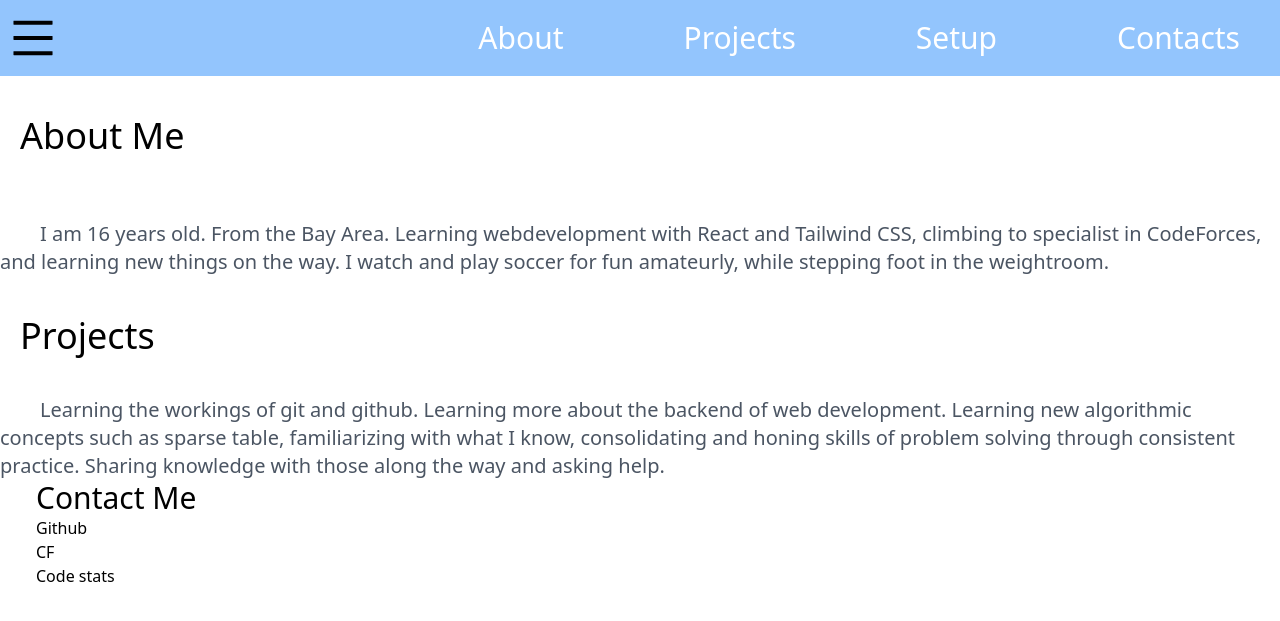
Repository: joshuayanggithub/joshua-yang-website
Page: /
The author's editor kept a copy of each file at every save. The page is drawn from the files as they stood at one save, then again after the next save.
The browser window is 1280 px wide. The pictures show the whole page.
The project was rebuilt for these pictures with package versions that can differ from the ones it lists, and the page was loaded fresh each time.

Above is the page before, as saved 2023-01-07 17:25:01.

### public/index.html
<!DOCTYPE html>
<html lang="en">
  <head>
    <meta charset="utf-8" />
    <link rel="icon" href="%PUBLIC_URL%/favicon.ico" />
    <meta name="viewport" content="width=device-width, initial-scale=1" />
    <meta name="theme-color" content="#000000" />
    <meta
      name="description"
      content="Web site created using create-react-app"
    />
    <link rel="apple-touch-icon" href="%PUBLIC_URL%/logo192.png" />
    <!--
      manifest.json provides metadata used when your web app is installed on a
      user's mobile device or desktop. See https://developers.google.com/web/fundamentals/web-app-manifest/
    -->
    <link rel="manifest" href="%PUBLIC_URL%/manifest.json" />
    <!--
      Notice the use of %PUBLIC_URL% in the tags above.
      It will be replaced with the URL of the `public` folder during the build.
      Only files inside the `public` folder can be referenced from the HTML.

      Unlike "/favicon.ico" or "favicon.ico", "%PUBLIC_URL%/favicon.ico" will
      work correctly both with client-side routing and a non-root public URL.
      Learn how to configure a non-root public URL by running `npm run build`.
    -->
    <title>Joshua Yang</title>
  </head>
  <body>
    <noscript>You need to enable JavaScript to run this app.</noscript>
    <div id="root"></div>
    <!--
      This HTML file is a template.
      If you open it directly in the browser, you will see an empty page.

      You can add webfonts, meta tags, or analytics to this file.
      The build step will place the bundled scripts into the <body> tag.

      To begin the development, run `npm start` or `yarn start`.
      To create a production bundle, use `npm run build` or `yarn build`.
    -->
  </body>
</html>

### src/index.css
@import url('https://fonts.googleapis.com/css2?family=Lato:ital,wght@0,100;0,300;0,400;0,700;0,900;1,100;1,400;1,700;1,900&display=swap');

@import url('https://fonts.googleapis.com/css2?family=Prata&display=swap');

@tailwind base;
@tailwind components;
@tailwind utilities;

### src/App.js
import NavBar from "./components/NavBar";
import About from "./components/About";
import Contacts from "./components/Contacts";
import Setup from "./components/Setup";
import Projects from "./components/Projects";

function App() {
  return (
    <>
      <NavBar />
      <About />
      <Projects />
      <Setup />
      <Contacts />
    </>
  );
}

export default App;

### src/components/NavBar.jsx
import React from "react";
import {AiOutlineMenu} from 'react-icons/ai'

const NavBar = () => {
  const links = [
    {'id': 1, 'name': 'About'},
    {'id': 2, 'name': 'Projects'},
    {'id': 3, 'name': 'Setup'},
    {'id': 4, 'name': 'Contacts'}
  ]

  return (
    <div class="flex bg-blue-300 w-full p-2 justify-between items-center">
      <div>
        <AiOutlineMenu size={50}></AiOutlineMenu>
      </div>

      <ul class="md:flex gap-20 p-3">
        {
          links.map((link) =>
            <li key={link.id}>
              <a href='#About' class="text-3xl text-white px-5 hover:bg-blue-500 duration-300">{link.name}</a>
            </li>
          )
        }
      </ul>

    </div>
  );
};

export default NavBar;

### src/components/About.jsx
import React from 'react'

const About = () => {
  return (
    <div class="flex flex-col">
      <h1 class="text-black text-4xl float-left px-5 my-10">About Me</h1>
      <br></br>
      <p class="indent-10 text-gray-600 text-xl">I am 16 years old. From the Bay Area. Learning webdevelopment with React and Tailwind CSS, climbing to specialist in CodeForces, and learning new things on the way. I watch and play soccer for fun amateurly, while stepping foot in the weightroom. </p>
    </div>
  );
}

export default About

### src/components/Contacts.jsx
import React from 'react'

const Contacts = () => {
  return (
    <div class="flex flex-col mx-5 px-4">
      <h1 class="text-3xl">Contact Me</h1>
      <a href="https://github.com/joshuayanggithub">Github</a>
      <a href="https://codeforces.com/profile/JoshuaYang">CF</a>
      <a href="https://wakatime.com/@joshuayang">Code stats</a>
    </div>
  );
}

export default Contacts

### src/components/Setup.jsx
import React from 'react'

const Setup = () => {
  return (
    <div>

    </div>
  );
}

export default Setup

### src/components/Projects.jsx
import React from 'react'

const Projects = () => {
  return (
    <div class="flex flex-col">
      <h1 class="text-black text-4xl float-left px-5 my-10">Projects</h1>
      <p class="indent-10 text-gray-600 text-xl">
        Learning the workings of git and github. Learning more about the backend of web development. Learning new algorithmic concepts such as sparse table, familiarizing with what I know,  consolidating and honing skills of problem solving through consistent practice. Sharing knowledge with those along the way and asking help.
      </p>
    </div>
  );
}

export default Projects

### tailwind.config.js
/** @type {import('tailwindcss').Config} */
module.exports = {
  content: [
    "./src/components/*.{html,js,jsx}",
    "./src/**/*.{html,js,jsx}",
  ],
  theme: {
    screens: {
      'sm': '640px',
      // => @media (min-width: 640px) { ... }

      'md': '768px',
      // => @media (min-width: 768px) { ... }

      'lg': '1024px',
      // => @media (min-width: 1024px) { ... }

      'xl': '1280px',
      // => @media (min-width: 1280px) { ... }

      '2xl': '1536px',
      // => @media (min-width: 1536px) { ... }
    },
    extend: {
      colors: {
        'sasblack':'#5D5C61',
        'sasgrey': '#379683',
        'sasskyblue': '#7395AE',
        'sasnavyblue': '#557A95',
        'sasgold':'#B1A296',
      }
    },
    fontFamily: {
      button: ['Lato',],
      body: ['Prata',],
    },
  },
  plugins: [],
}

Loaded but not shown: src/index.js (common file)

After the next save:
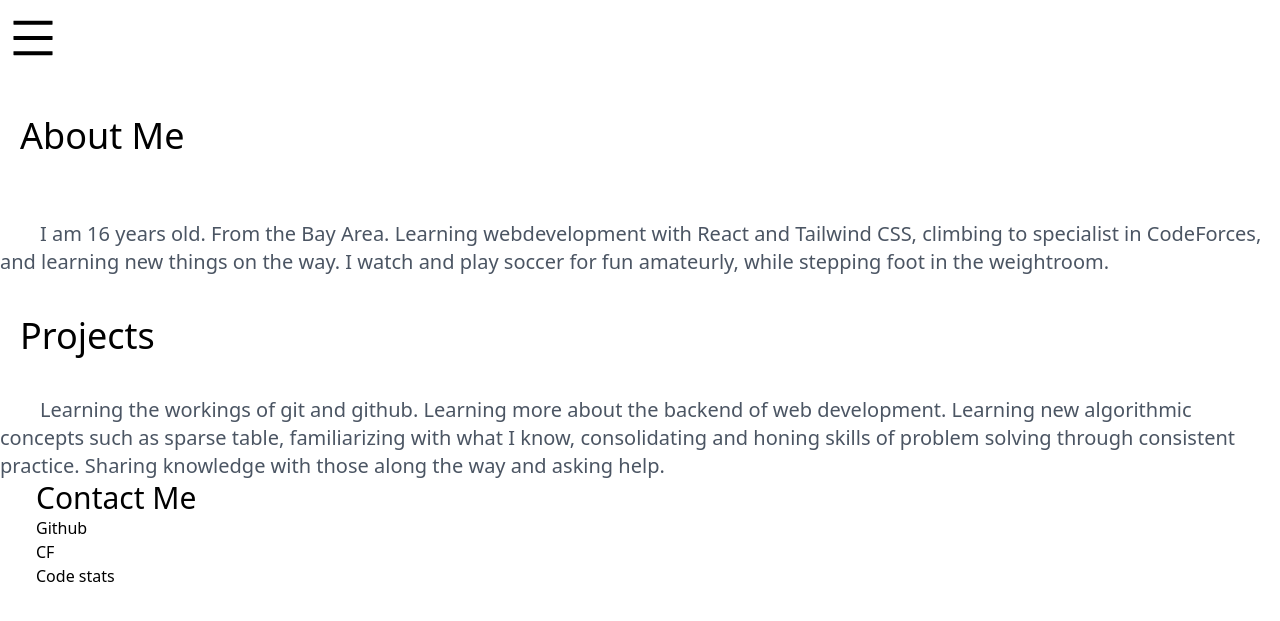
Saved 3 min 38 s later.
--- a/src/components/NavBar.jsx
+++ b/src/components/NavBar.jsx
@@ -10,7 +10,7 @@ const NavBar = () => {
   ]
 
   return (
-    <div class="flex bg-blue-300 w-full p-2 justify-between items-center">
+    <div class="flex bg-white w-full p-2 justify-between items-center">
       <div>
         <AiOutlineMenu size={50}></AiOutlineMenu>
       </div>
